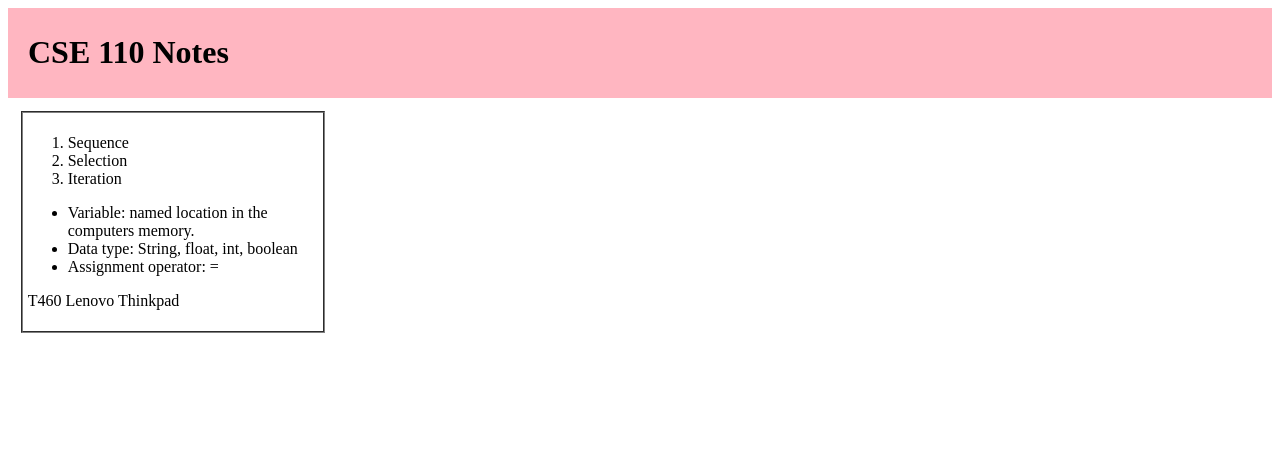
Repository: harleywolfley/wdd130
Page: spring25/cse110/cseindex.html
These files come from the project's save history. The page is drawn as it stood at one moment and after the next save; the edit follows.
The browser window is 1280 px wide. The pictures show the whole page.

Above is the page before, as saved 2025-05-05 17:53:52.

After the next save:
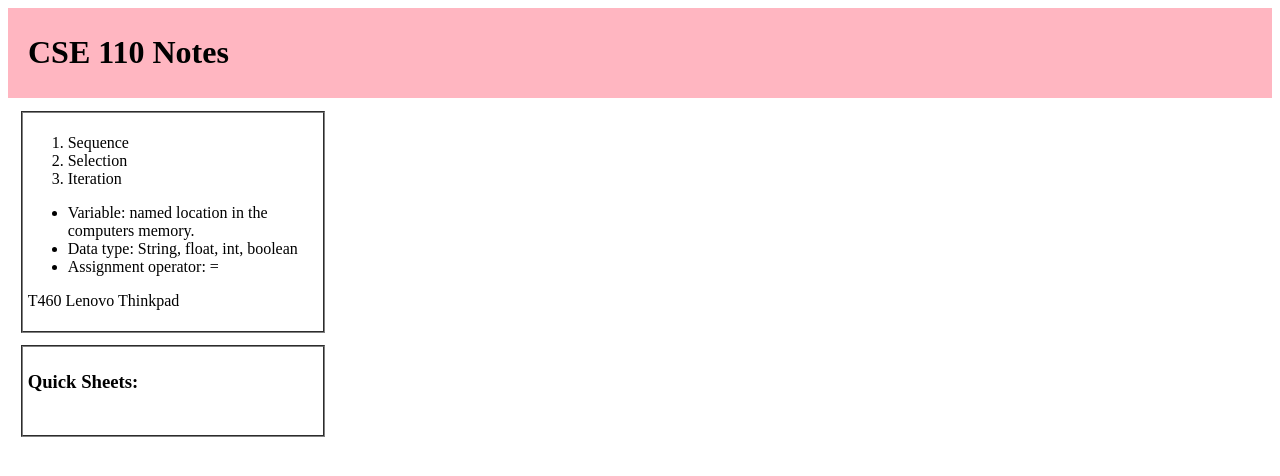
Saved 22 h 52 min later.
--- a/spring25/cse110/cseindex.html
+++ b/spring25/cse110/cseindex.html
@@ -20,5 +20,10 @@
         </ul>
         <p>T460 Lenovo Thinkpad</p>
     </div>
+    <div>
+        <h3>Quick Sheets:</h3>
+        <img href="capitalization.png">
+        <img href="operation.png">
+    </div>
     </body>
 </html>
